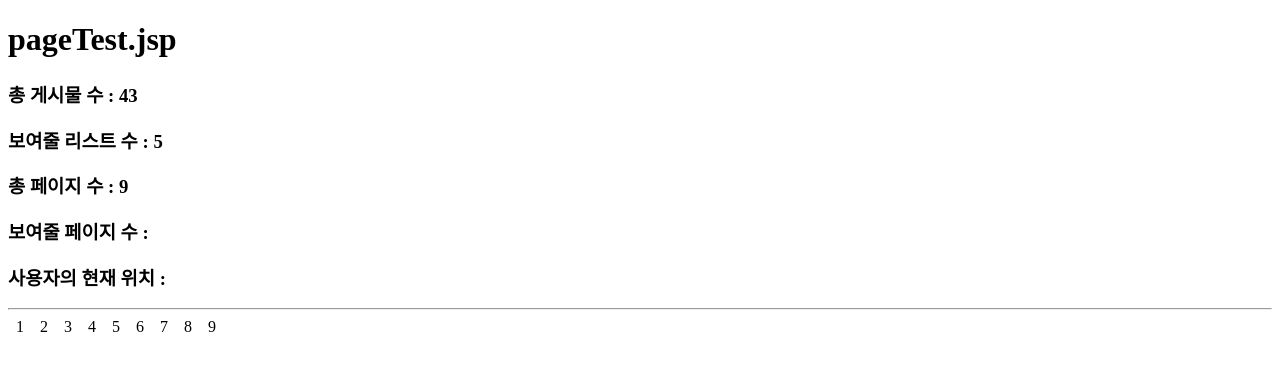
Repository: Rege-97/test
Page: http://localhost/myweb/pageTest.jsp
The author's editor kept a copy of each file at every save. The page is drawn from the files as they stood at one save, then again after the next save.
The browser window is 1280 px wide. The pictures show the whole page.
The page is served by Tomcat 9. Other server files are loaded and not shown.

Above is the page before, as saved 2025-03-24 03:16:27.

### myweb/src/main/webapp/pageTest.jsp
<%@ page language="java" contentType="text/html; charset=UTF-8" pageEncoding="UTF-8"%>
<!DOCTYPE html>
<html>
<head>
<meta charset="UTF-8">
<title>Insert title here</title>
</head>
<%
// 총 게시물 수
int totalCnt = 43; // db로부터 조회

//보여줄 리스트 수
int listSize = 5;

// 총 페이지 수
int totalPage = (totalCnt / listSize) + 1;
if (totalCnt % listSize == 0)
	totalPage--;
%>
<body>
	<h1>pageTest.jsp</h1>
	<h3>총 게시물 수 : <%=totalCnt%></h3>
	<h3>보여줄 리스트 수 : <%=listSize%></h3>
	<h3>총 페이지 수 : <%=totalPage%></h3>
	<h3>보여줄 페이지 수 :</h3>
	<h3>사용자의 현재 위치 :</h3>
	<hr>
	<%
	for (int i = 1; i <= totalPage; i++) {
		%>&nbsp;&nbsp;<%=i %>&nbsp;&nbsp;<%
	}
	%>
</body>
</html>

After the next save:
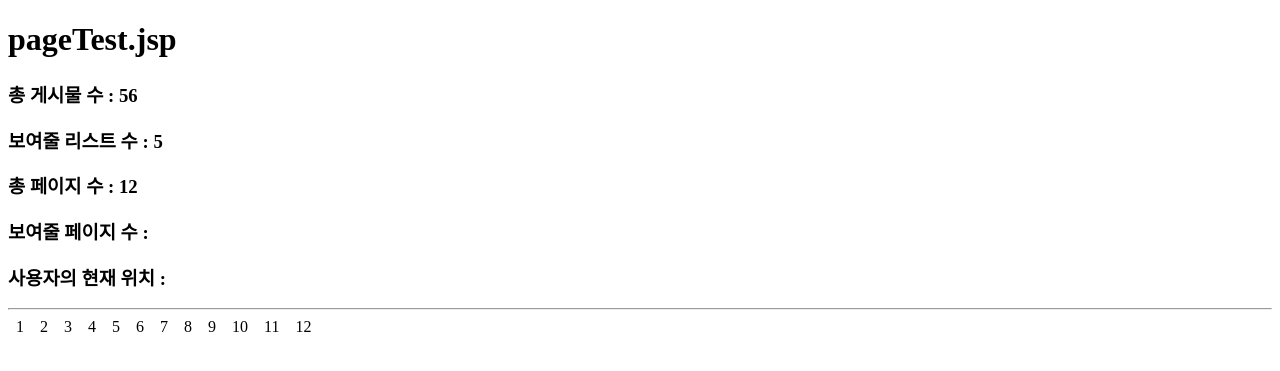
Saved 11 s later.
--- a/myweb/src/main/webapp/pageTest.jsp
+++ b/myweb/src/main/webapp/pageTest.jsp
@@ -7,7 +7,7 @@
 </head>
 <%
 // 총 게시물 수
-int totalCnt = 43; // db로부터 조회
+int totalCnt = 56; // db로부터 조회
 
 //보여줄 리스트 수
 int listSize = 5;
